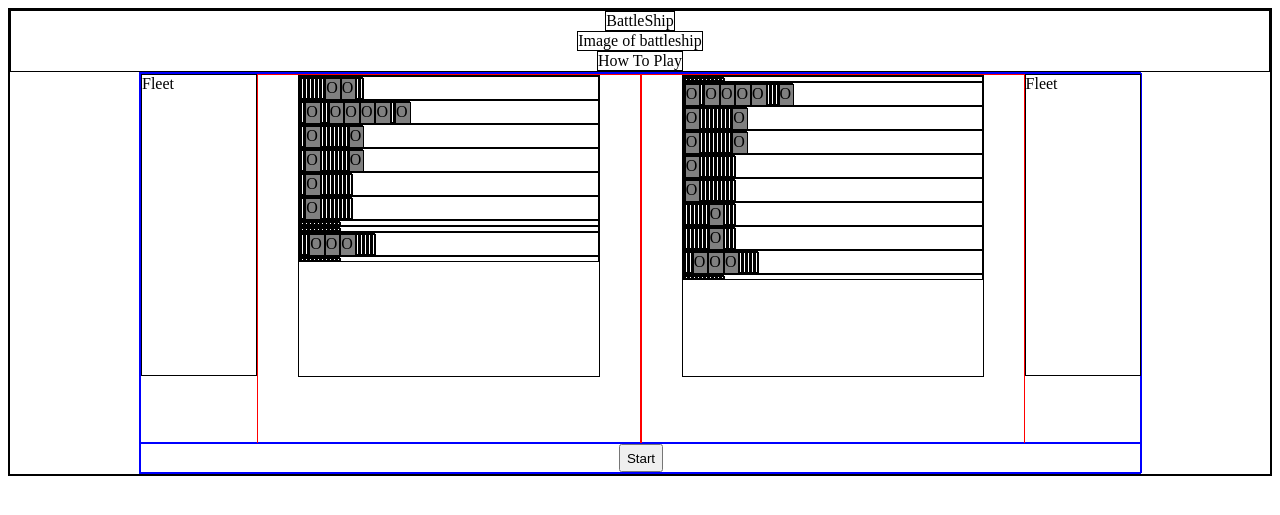
Repository: J-Haze/BattleshipApp
Page: /
The author's editor kept a copy of each file at every save. The page is drawn from the files as they stood at one save, then again after the next save.
The browser window is 1280 px wide. The pictures show the whole page.
The project was rebuilt for these pictures with package versions that can differ from the ones it lists, and the page was loaded fresh each time. Also part of the build but not shown: src/index.css.

Above is the page before, as saved 2020-09-23 07:51:01.

### src/App.js
import React from "react";
import "./App.css";
import Game from "./Components/Game";
import Header from "./Components/Header"
// import { ProgressPlugin } from "webpack";

//test

function App() {
  return (
    <div className="App">
      <Header />
      <Game />
    </div>
  );
}

export default App;

### src/App.css
/* test */
:root{
    --black: #1B262C;
}


header {
    border: 1px solid black;

    display: flex;
    flex-direction: column;
    justify-content: center;
    align-items: center;

}

div {
    border: 1px solid black;
}

#how-to:hover{
    cursor: pointer;
}

#game{
    width: 1000px;
    height: 400px;
    display: flex;
    flex-direction: column;
    border: 1px solid blue;
    margin-left: auto;
    margin-right: auto;
}

.column{
    width: 50%;
    height: 100%;
    border: 1px solid red;
}

.board{
    height: 300px;
    width: 300px;
    margin-left: auto;
    margin-right: auto;
}

.row{
    display: flex;
    /* height: 30px; */
    height: 1fr;
    width: 1fr;
}

.square{
    /* height: 100%;
    width: 10%; */
    height: 1fr;
    width: 1fr;
}

.ship{
    background-color:gray;
    height: 100%;
    width: 100%;
}

.hit{
    background-color:red;
    height: 100%;
    width: 100%;
}

.miss{
    background-color:lightblue;
    height: 100%;
    width: 100%;
}

.sunk{
    background-color:black;
    height: 100%;
    width: 100%;
}

.empty{
    /* background-color: yellow; */
    height: 100%;
    width: 100%;
}

#top-row{
    display: flex;
    width: 1000px;
    height: 400px;
    border: 1px solid blue;
    margin-left: auto;
    margin-right: auto;
}

#bottom-row{
    display: flex;
    width: 1000px;
    height: 30px;
    border: 1px solid blue;
    margin-left: auto;
    margin-right: auto;
}

#start-button{
        margin-left: auto;
    margin-right: auto;
}

.fleet{
    height: 300px;
    width: 150px;
}

### src/Components/Game.js
import React, { useState, useEffect } from "react"
import shipFactory from "../factories/ship"
import gameboardFactory from "../factories/gameboard"
import player from "../factories/player"
import Board from "./Board.js"
import Row from "./Row.js"
// import { set } from "date-fns"

function Game() {
    const [playerState, setPlayer] = useState(player("Player"))
    const [computer, setComputer] = useState(player("Player")) //Eventually change to "computer"

    const [rowState, setRowState] = useState([]);
    let rows = [];

    const [refresh, setRefresh] = useState(false);

    let pCarrier = "";
    let pBattleship = "";
    let pCruiser = "";
    let pSubmarine = "";
    let pDestroyer = "";

    let pCarrierOrient = "";
    let pBattleshipOrient = "";
    let pCruiserOrient = "";
    let pSubmarineOrient = "";
    let pDestroyerOrient = "";

    const placeShipsPlayer = (pCarrier, pBattleship, pCruiser, pSubmarine, pDestroyer, pCarrierOrient, pBattleshipOrient, pCruiserOrient, pSubmarineOrient, pDestroyerOrient) => {
        const destroyer = shipFactory(2)
        const submarine = shipFactory(3)
        const cruiser = shipFactory(3)
        const battleship = shipFactory(4)
        const carrier = shipFactory(5)

        playerState.gameboard.placeShip(carrier, 5, pCarrier, pCarrierOrient);
        playerState.gameboard.placeShip(battleship, 4, pBattleship, pBattleshipOrient);
        playerState.gameboard.placeShip(cruiser, 3, pCruiser, pCruiserOrient);
        playerState.gameboard.placeShip(submarine, 3, pSubmarine, pSubmarineOrient);
        playerState.gameboard.placeShip(destroyer, 2, pDestroyer, pDestroyerOrient);
    }

    pCarrier = 11;
    pBattleship = 14;
    pCruiser = 82;
    pSubmarine = 19;
    pDestroyer = 6;

    pCarrierOrient = "vertical";
    pBattleshipOrient = "horizontal";
    pCruiserOrient = "horizontal";
    pSubmarineOrient = "vertical";
    pDestroyerOrient = "horizontal";

    placeShipsPlayer(pCarrier, pBattleship, pCruiser, pSubmarine, pDestroyer, pCarrierOrient, pBattleshipOrient, pCruiserOrient, pSubmarineOrient, pDestroyerOrient);


    const placeShipsComputer = (pCarrier, pBattleship, pCruiser, pSubmarine, pDestroyer, pCarrierOrient, pBattleshipOrient, pCruiserOrient, pSubmarineOrient, pDestroyerOrient) => {
        const destroyer = shipFactory(2)
        const submarine = shipFactory(3)
        const cruiser = shipFactory(3)
        const battleship = shipFactory(4)
        const carrier = shipFactory(5)

        computer.gameboard.placeShip(carrier, 5, pCarrier, pCarrierOrient);
        computer.gameboard.placeShip(battleship, 4, pBattleship, pBattleshipOrient);
        computer.gameboard.placeShip(cruiser, 3, pCruiser, pCruiserOrient);
        computer.gameboard.placeShip(submarine, 3, pSubmarine, pSubmarineOrient);
        computer.gameboard.placeShip(destroyer, 2, pDestroyer, pDestroyerOrient);

    };

    let cCarrier = 10;
    let cBattleship = 12;
    let cCruiser = 82;
    let cSubmarine = 19;
    let cDestroyer = 66;

    let cCarrierOrient = "vertical";
    let cBattleshipOrient = "horizontal";
    let cCruiserOrient = "horizontal";
    let cSubmarineOrient = "vertical";
    let cDestroyerOrient = "vertical";

    placeShipsComputer(cCarrier, cBattleship, cCruiser, cSubmarine, cDestroyer, cCarrierOrient, cBattleshipOrient, cCruiserOrient, cSubmarineOrient, cDestroyerOrient);

    let attackCoord = "";

    function handleClick(id) {
        attackCoord = playerState.sendAttack(id);
        computer.gameboard.receiveAttack(attackCoord)
        setRefresh(!refresh)
        console.log("computer:", computer)
    };

    function createRows(board) {
        rows = [];
        for (let i = 0; i < board.length; i += 10) {
            rows.push(board.slice(i, i + 10));
        }
        setRowState(rows);
    }

    useEffect(() => {
        createRows(computer.gameboard.board);

    }, [computer, refresh]
    );

    return (
        <div id="game">
            <div id="top-row">
            <div id="player-fleet" className="fleet">
                Fleet
            </div>

            <div id="col-one" className="column">
                <Board
                    key={"player"}
                    board={playerState.gameboard.board}
                // handleClick={}
                // handleTest={handleTest}
                />


            </div>
            <div id="col-two" className="column">
                <div className="board">
                    {rowState.map((row, i) => {
                        return (
                            <Row
                                key={i}
                                roww={i}
                                rowObj={row}
                                handleClick={handleClick}
                            />
                        );
                    })
                    }
                </div>
            </div>

            <div id="computer-fleet" className="fleet">
                    Fleet
            </div>
                </div>
            <div id="bottom-row">
                <button id="start-button">Start</button>
                    </div>
        </div>
    )
}

export default Game;

### src/Components/Header.js
import React from "react"
// import shipFactory from "../factories/ship"
// import gameboardFactory from "../factories/gameboard"
// import player from "../factories/player"


function Header() {
    return (
        <header>
            <div>BattleShip</div>
            <div> Image of battleship </div>
            <div id="how-to"> How To Play </div>
        </header>
    )
}


export default Header;

### src/factories/ship.js

const shipFactory = (shipLength) => {
    const shipNames = {
        1: 'Submarine',
        2: 'Destroyer',
        3: 'Cruiser',
        4: 'Battleship',
        5: 'Carrier',
    };

    const name = shipNames[shipLength];

    let ship = [];
    for (let i = 0; i < shipLength; i++) {
        ship.push([false, i, name])
    }

    let hit = (hitLocation) => {
        ship[hitLocation] = [true, hitLocation, name];
        console.log("Hit!", ship)
        console.log(`You've hit my ${name}`)
        // console.log("hits length", hit.length)
        // console.log("ship.length", ship.length)
        return ship
    }

    let isSunk = () => {
        let sunkStatus = false
        ship[0][0] == true ? sunkStatus = true : sunkStatus = false
        for (let square in ship) {
            // console.log("ship:", ship)
            // console.log(ship[square])
            sunkStatus = (ship[square][0] && sunkStatus)
        }
        // let sunkStatus = ship[0].every(Boolean);
        return sunkStatus
    }

    return {
        //id,
        name,
        shipLength,
        ship,
        hit,
        isSunk
    }
}

// const destroyer = shipFactory(2)
// const cruiser = shipFactory(3)
// const battleship = shipFactory(4)
// const carrier = shipFactory(5)

export default shipFactory;

//export default {shipFactory, destroyer, cruiser, battleship, carrier}

//Comment out with not testing
// module.exports = shipFactory;

### src/factories/gameboard.js
import shipFactory from "./ship"

const destroyer = shipFactory(2)
const submarine = shipFactory(3)
const cruiser = shipFactory(3)
const battleship = shipFactory(4)
const carrier = shipFactory(5)

const gameboardFactory = () => {
    let board = [];
    for (let a = 0; a <= 99; a++) {
        board.push(null)
    }
    // let boatsSunk = ["cruiser", "battleship", "carrier"];
    let boatsSunk = [];
    let allSunk = false;
    // let boatsPlaced = [];
    // let allPlaced = false;

    const placeShip = (shipName, shipLength, position, orient) => {
        //Checks for valid move
        let endPoint = 0;
        let closestEdge = 99;

        if (orient == "horizontal") {
            for (let b = position; b < (position + shipLength); b++) {
                if (board[b] != null) {
                    console.log("Illegal placement: ship already on square")
                    return board
                }
            };

            endPoint = ((position + shipLength - 1) / 10);
            closestEdge = ((Math.ceil(position / 10)) - 0.1);
        }

        if (orient == "vertical") {
            for (let c = position; c < (position + shipLength * 10); c += 10) {
                if (board[c] != null) {
                    console.log(`Illegal placement: ship already on square: ${c}`)
                    return board
                }
            };

            endPoint = ((position + ((shipLength - 1) * 10)));
            closestEdge = 99;
        }


        if ((endPoint > closestEdge)) {
            console.log("Illegal placement: over edge of board")
            return board
        }

        //Places the ship
        for (let square in board) {
            if ((position == square && (orient == "horizontal"))) {
                for (let z = position; z < (position + shipLength); z++) {
                    board.splice(z, 1, shipName.ship[z - position])
                }
                // console.log("HERE", shipName.ship)
                // boatsPlaced.push(shipName)
            } else if ((position == square && (orient == "vertical"))) {
                for (let z = position; z < (position + shipLength * 10); z += 10) {
                    // let w = Math.round(z/10)
                    // console.log(z)
                    board.splice(z, 1, shipName.ship[(z - position) / 10])
                }
            }
        }
        // console.log({ board })
        return board
    }

    const receiveAttack = (attackPosition) => {
        let attackID = board[attackPosition];

        //Change to if (board[attackPosition] != "false")
        if (board[attackPosition] == null) {
            console.log("Attack missed")
            board[attackPosition] = "miss";
            console.log("New Board Internal:", { board })
            return board
        }

        if ((attackID[0] == true) || (board[attackPosition] == "miss")) {
            console.log("Already guessed this position")
            return board
        }

        if (attackID[0] == false) {
            console.log("Receive Attack hit!")
            let hitLocation = attackID[1];
            let boatHitString = attackID[2];
            let boatHit = "";

            if (boatHitString == "Carrier") {
                boatHit = carrier;
            } else if (boatHitString == "Battleship") {
                boatHit = battleship;
            } else if (boatHitString == "Cruiser") {
                boatHit = cruiser;
            } else if (boatHitString == "Destroyer") {
                boatHit = destroyer;
            } else if (boatHitString == "Submarine") {
                boatHit = submarine;
            }

            console.log({ boatHit })

            boatHit.hit(hitLocation);
            board[attackPosition][0] = true;

            console.log("isSunk?", boatHit.isSunk())

            if (boatHit.isSunk()) {
                console.log(`Player's ${boatHitString} is sunk!`)
                //change all squares in boatHit from "hit" to "sunk"?
                //Or just have a pop up (i think the board game doesn't change to "sunk")
                boatsSunk.push(boatHitString)
                console.log({ boatsSunk })
            }

            if (boatsSunk.length > 4) {
                allSunk = true;
                console.log("ALL BOATS SUNK")
            }

            console.log("everyBoolean:", boatHit.ship[0])
            console.log("New Board:", { board })
            console.log("New Ship:", { boatHit })
        }

        return board

    }

    const getBoard = () => board;

    return {
        board,
        placeShip,
        // allPlaced,
        receiveAttack,
        allSunk
    }
}



export default gameboardFactory;

### src/factories/player.js
// import shipFactory from "./ship"
import gameboardFactory from "./gameboard"

const player = (playerName) => {
    // const submarine = shipFactory(1)
    // const destroyer = shipFactory(2)
    // const cruiser = shipFactory(3)
    // const battleship = shipFactory(4)
    // const carrier = shipFactory(5)
    const getBoard = gameboardFactory();
    const gameboard = getBoard;
    let attackCoord = 100;
    let index = 100;

    const squaresToGuess = [];

    for (let i = 0; i <= 99; i++) {
        squaresToGuess.push(i);
    }
    // console.log(squaresToGuess)

    //Randomly sends an attack
    const sendAttack = (coord) => {
        // if (playerName == "Computer") {
        // }

        if (playerName == "Player") {
            attackCoord = coord;
            index = squaresToGuess.indexOf(attackCoord);
            squaresToGuess.splice(index, 1);
        } else {
            // console.log("s2g", squaresToGuess.length - 1)
            attackCoord = Math.floor(Math.random() * (squaresToGuess.length - 1));
            index = squaresToGuess.indexOf(attackCoord);
            squaresToGuess.splice(index, 1);
        }

        // console.log({ attackCoord })
        console.log("squares to guess:", squaresToGuess)
        return attackCoord
    }



    //send attack will take coordinates and "send an attack" to the OPPOSING board
    //Need to make sure it has an array of 0-99 and takes away the guessed numbers from that array.
    //random between 0 and array.length

    return {
        gameboard,
        squaresToGuess,
        sendAttack
    }
}








export default player;

### src/Components/Board.js
import React, { useState, useEffect } from "react"
// import shipFactory from "../factories/ship"
// import gameboardFactory from "../factories/gameboard"
// import player from "../factories/player"
// import Square from "./Square.js"
import Row from "./Row.js"
// import Player from "./Player.js"

function Board(props) {
    let { board, handleClick } = props;

    // console.log("123:", {board})
    // let squares = board;
    // console.log({ squares })

    const [rowState, setRows] = useState([]);

    // let rows = [];


    useEffect(() => {
        let rows = [];
        for (let i = 0; i < board.length; i += 10) {
            rows.push(board.slice(i, i + 10));
        }
        setRows(rows);
        // console.log("board:", board)
        // console.log("rows", rows)
        // console.log("New Rows:", rowState)
        // console.log("Use Effect Board")
    }, []
        // [board]
    );



    return (
            <div className="board">
                {/* {squareItems} */}
                {rowState.map((row, i) => {
                    return (
                        <Row
                            key={i}
                            roww={i}
                            rowObj={row}
                            handleClick={handleClick}
                        // position={[i, j]}
                        // position={square}
                        // key={square.}
                        // key={book.title}
                        // book={book}
                        // handleDelete={handleDelete}
                        // toggleRead={toggleRead}
                        // toggleReading={toggleReading}
                        // toggleNotRead={toggleNotRead}
                        />
                    );
                })
                }
            </div>
    )
}

export default Board;

### src/Components/Row.js
import React, { useState, useEffect } from "react"
// import shipFactory from "../factories/ship"
// import gameboardFactory from "../factories/gameboard"
// import player from "../factories/player"
import Square from "./Square"

function Row(props) {
    let { roww, rowObj, handleClick } = props;

    // console.log({ rowObj });
    // const [rowwState, setRoww] = useState([roww]);

    // useEffect(() => {
    //     setRoww(roww);
    // },
    //     [roww]
    // );

    return (
        // <div className="row">
        //     {rowObj}
        // </div>
            <div className="row">
                {rowObj.map((square, j) => {
                    return (
                        <Square
                            key={j}
                            row={roww}
                            col={j}
                            squareObj={square}
                            handleClick={handleClick}
                        />
                    );
                })
                }
            </div>
    )
};
export default Row;

### src/Components/Square.js
import React, { useState, useEffect } from "react"
// import shipFactory from "../factories/ship"
// import gameboardFactory from "../factories/gameboard"
// import player from "../factories/player"

function Square(props) {

    const id = (props.row * 10 + props.col)

    // if (props.squareObj != null) {
    //     console.log("ID and Object:", id, props.squareObj[0])
    // }

    // let renderedSquare = () => {

    // };

    return (
        <div className="square">
            {/* {row}
            {col} */}
            {(props.squareObj != null) ?
                ((props.squareObj[0] == false) ?
                    (<div className="ship" key={id} onClick={() => props.handleClick(id)}>O</div>) :
                    (props.squareObj[0] == true) ?
                        (<div className="hit" key={id}>X</div>) :
                        (props.squareObj[0] == "sunk") ?
                            (<div className="sunk" key={id}>X</div>) :
                            (props.squareObj == "miss") ?
                                (<div className="miss" key={id}>X</div>) :
                                (<div>error</div>)) :
                (<div className="empty" key={id} onClick={() => props.handleClick(id)}></div>)
                // return <div className="empty" onClick={() => handleClick(key)}></div>
            }
        </div>
    )
}

export default Square;

Loaded but not shown: public/index.html (common file); src/index.js (common file); src/serviceWorker.js (common file)

After the next save:
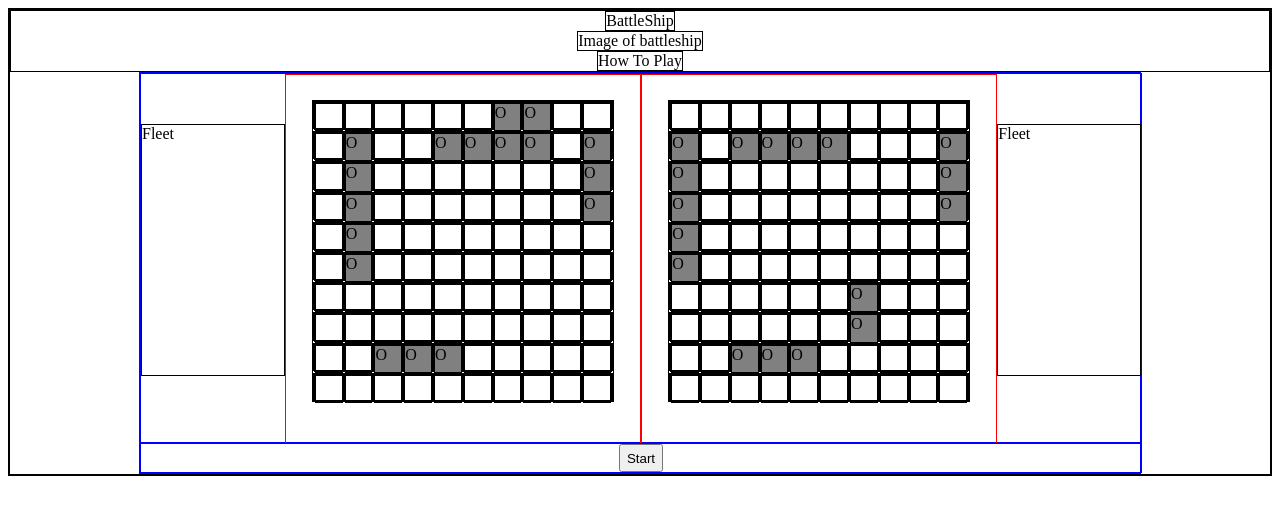
Saved 7 min 55 s later.
--- a/src/App.css
+++ b/src/App.css
@@ -43,6 +43,12 @@ div {
     width: 300px;
     margin-left: auto;
     margin-right: auto;
+    margin-top: 25px;
+
+    display: grid;
+    grid-template-columns: repeat(1, 1fr);
+    grid-template-rows: repeat(10, 1fr);
+    gap: 2px;
 }
 
 .row{
@@ -55,8 +61,9 @@ div {
 .square{
     /* height: 100%;
     width: 10%; */
-    height: 1fr;
-    width: 1fr;
+    display: flex;
+    height: 100%;
+    width: 10%;
 }
 
 .ship{
@@ -113,6 +120,7 @@ div {
 }
 
 .fleet{
-    height: 300px;
-    width: 150px;
+    height: 250px;
+    width: 200px;
+    margin-top: 50px
 }
